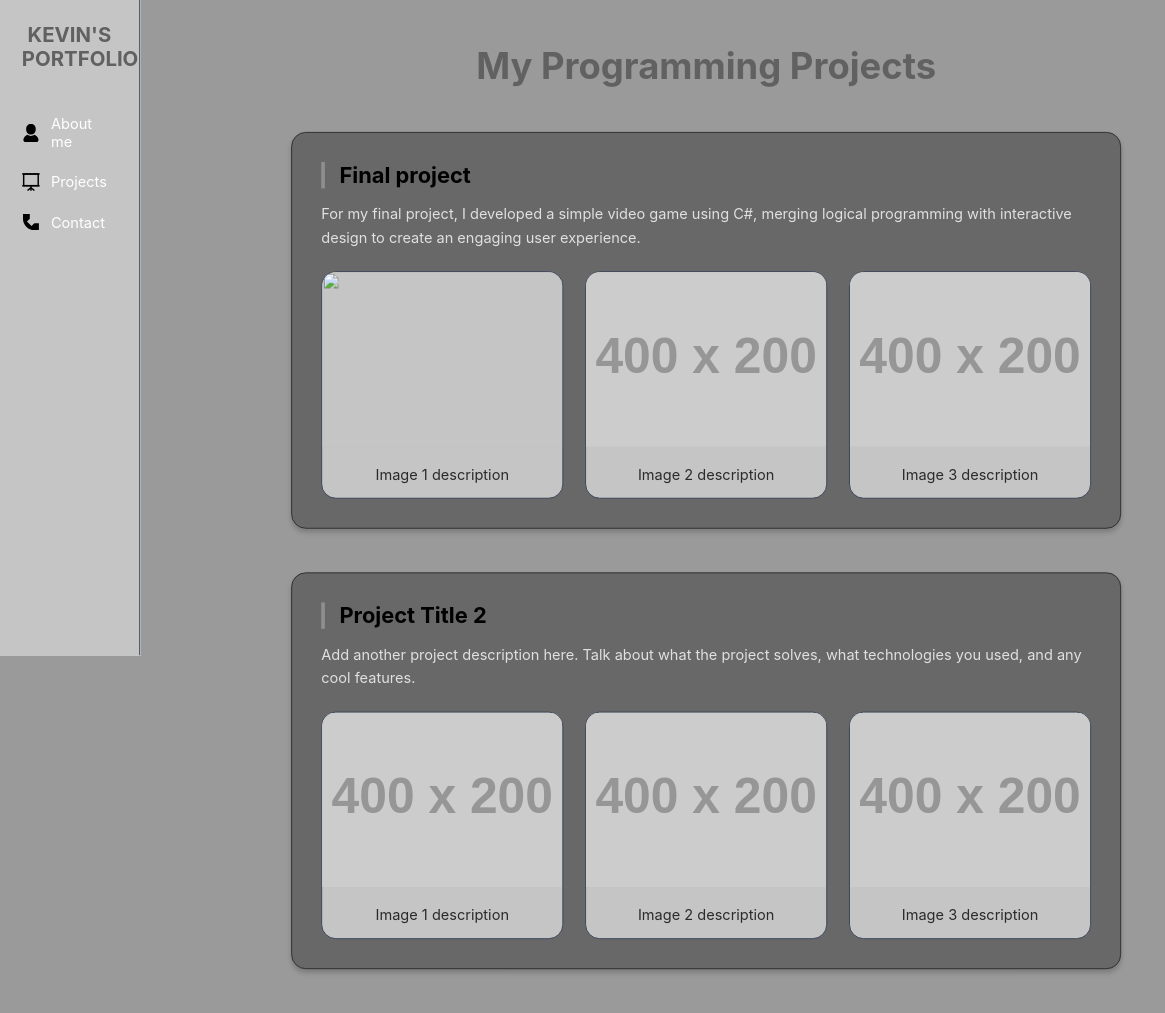
Repository: KevinSamaha/Kevin_Samaha
Page: pages/projects.html
The author's editor kept a copy of each file at every save. The page is drawn from the files as they stood at one save, then again after the next save.
The browser window is 1280 px wide. The pictures show the whole page, at 91% of full size.

Above is the page before, as saved 2026-05-13 23:43:22.

After the next save:
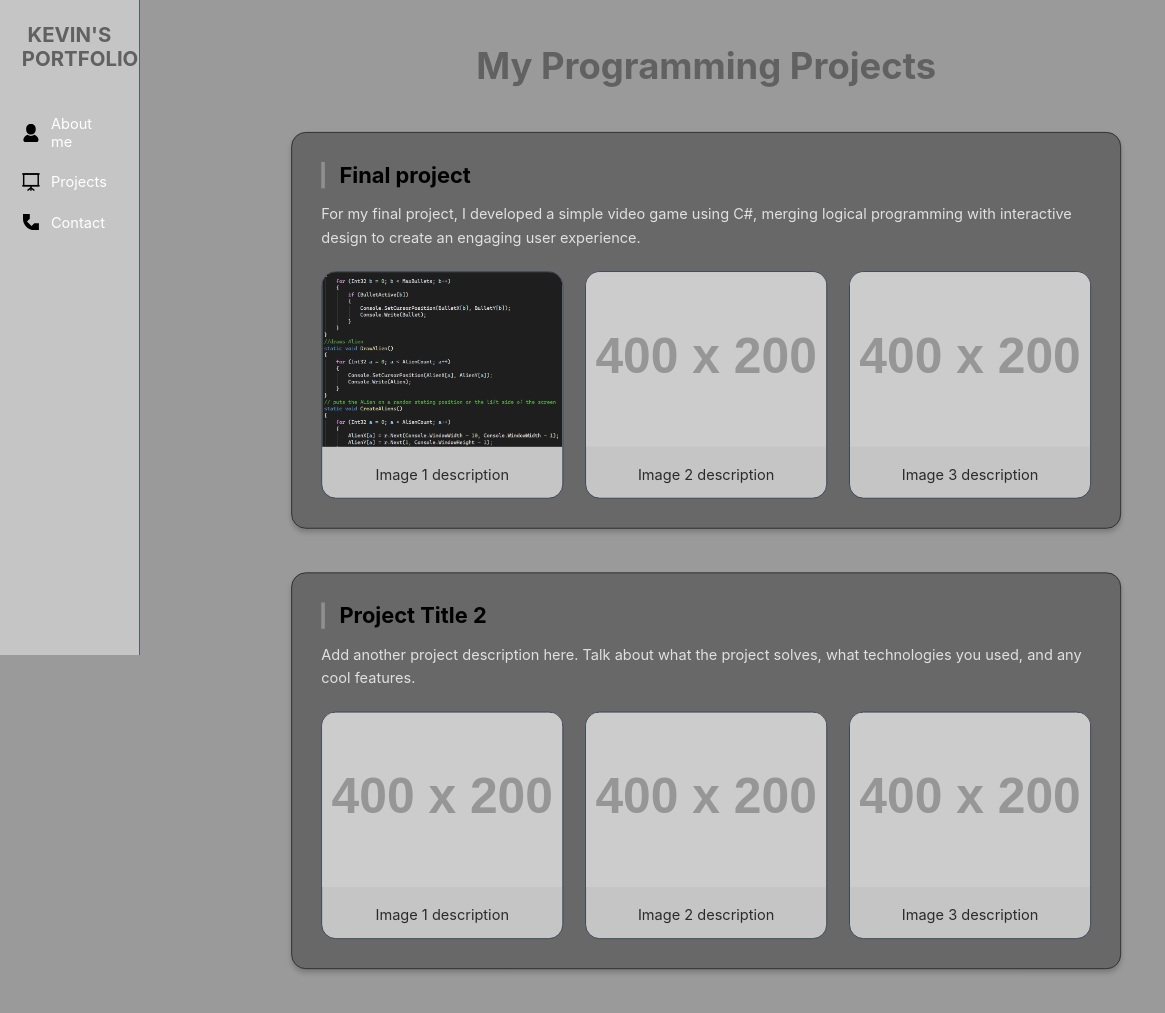
Saved 6 min 42 s later.
--- a/pages/projects.html
+++ b/pages/projects.html
@@ -59,7 +59,7 @@
 
           <section class="image-gallery">
             <article class="image-card">
-              <img src="../" alt="" />
+              <img src="../Assets/images/finalproject1.png" alt="../Assets/images/" />
               <p class="image-description">Image 1 description</p>
             </article>
 
